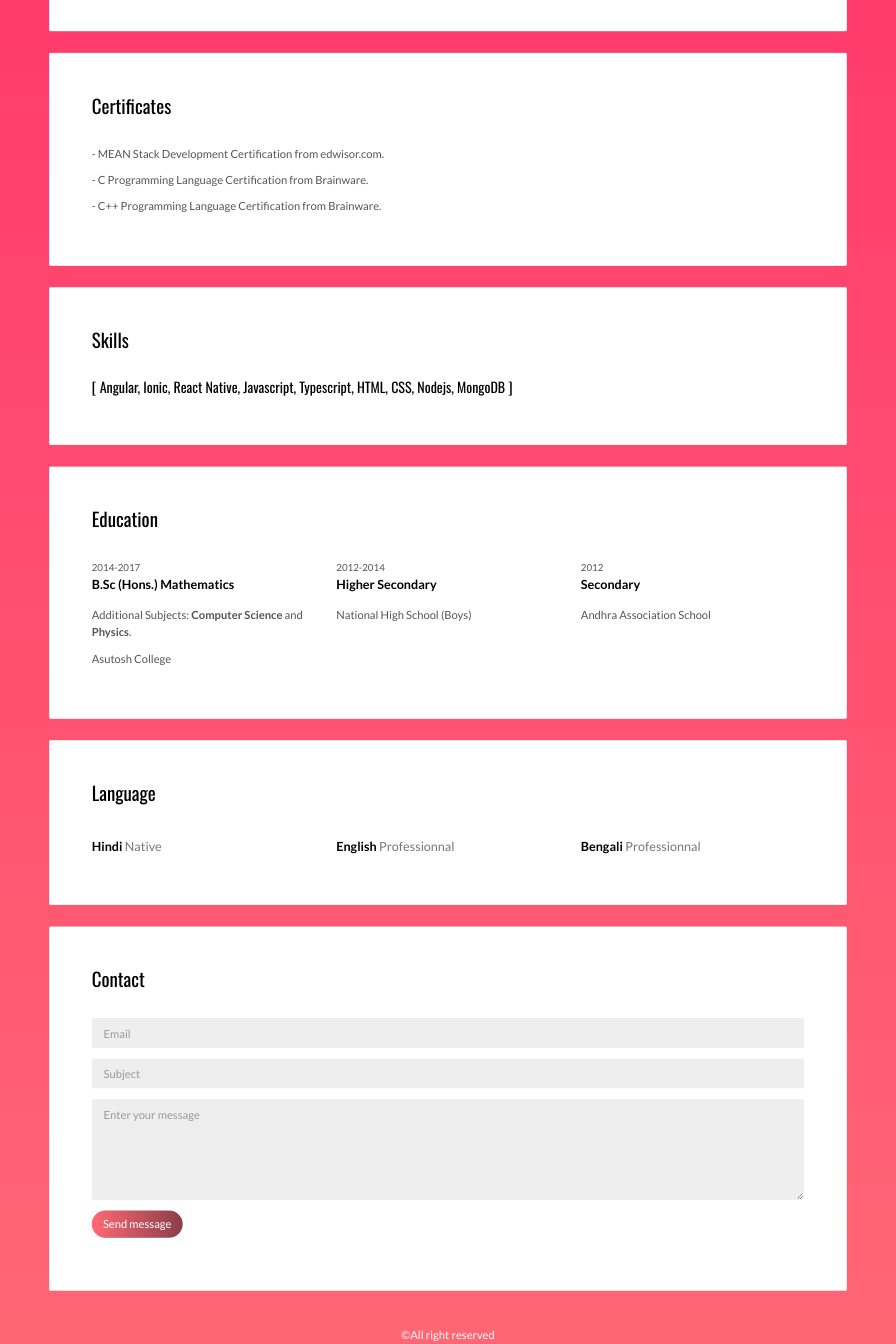
Repository: Ankit-singh7/work_with_ankit.github.io
Page: index.html
An editor plug-in stored every save of this project. The page is shown before and after the next save, followed by the edit.
The browser window is 1280 px wide. The pictures show the part of the page from y = 2613 to 4533 px (the page is 4637 px tall before and 4713 px after), at 70% of full size.

Above is the page before, as saved 2022-06-29 18:43:47.

### index.html
<!DOCTYPE html>
<html lang="en">

<head>
  <meta charset="UTF-8">
  <meta content="IE=edge" http-equiv="X-UA-Compatible">
  <meta content="width=device-width,initial-scale=1" name="viewport">
  <meta content="description" name="description">
  <meta name="google" content="notranslate" />
  <meta content="Mashup templates have been developped by Orson.io team" name="author">

  <!-- Disable tap highlight on IE -->
  <meta name="msapplication-tap-highlight" content="no">

  <link rel="apple-touch-icon" sizes="180x180" href="./assets/apple-icon-180x180.png">
  <link href="./assets/images/img.jpg" rel="icon">

  <title>@nk!t $!ngh | Software Developer</title>

 <link href="./main.d8e0d294.css" rel="stylesheet"></head>

<body class="">

<!-- Add your content of header -->
<div class="background-color-layer" style="background-image: url('assets/images/img-01.jpg')"
></div>
<main class="content-wrapper">
  <header class="white-text-container section-container">
    <div class="text-center">
      <h1>I am Ankit Singh</h1>
      <p>Software Developer</p>
      <p>
        <!-- <a class="fa-icon fa-icon-2x" href="https://facebook.com/" title="">
          <i class="fa fa-facebook"></i>
        </a> -->
        <!-- <a class="fa-icon fa-icon-2x" href="https://twitter.com/" title="">
          <i class="fa fa-twitter"></i>
        </a> -->
        <!-- <a class="fa-icon fa-icon-2x" href="https://dribbble.com/" title="">
          <i class="fa fa-dribbble"></i>
        </a> -->
        <a class="fa-icon fa-icon-2x" href="https://www.linkedin.com/in/ankit-singh-04b976165/" title="">
          <i class="fa fa-linkedin"></i>
        </a>
        <a class="fa-icon fa-icon-2x" href="https://github.com/Ankit-singh7" title="">
          <i class="fa fa-github"></i>
        </a>
        <a class="fa-icon fa-icon-2x" href="mailto:ankit.as2307@gmail.com" title="">
          <i class="fa fa-envelope"></i>
        </a>
        <!-- <a class="fa-icon fa-icon-2x" href="https://vimeo.com/" title="">
          <i class="fa fa-vimeo"></i>
        </a> -->
      </p>
    </div>
  </header>



<!-- Add your site or app content here -->

 <div class="container">
   <div class="row">
     <div class="col-xs-12">

        <div class="card">
          <div class="card-block">
            <h2>About me</h2>
            <div class="row">
              <div class="col-md-4">
                <p><img src="./assets/images/img.jpg" class="img-responsive" alt=""></p>
              </div>
              <div class="col-md-8">

              <p>Software Developer with 3+ years of experience in web apps and hybrid mobile apps development using Angular, Ionic, React , Nodejs, MongoDB etc.</p>
              <p>A technology enthusiast with a keen
                interest in problem solving with years of
                experience in Frontend Development and
                Hybrid Mobile App Development.</p>

              </div>
            </div>
          </div>
        </div>

        <!-- <div class="card">
          <div class="card-block">
            <h2>Projects</h2>
            <div class="row">
              <div class="col-md-4">
                <img src="./assets/images/img-02.jpg" class="img-responsive" alt="">
                <h3 class="h5">Amelia App</h3>
                <p>June 2017</p>
              </div>
              <div class="col-md-4">
                <img src="./assets/images/img-03.jpg" class="img-responsive" alt="">
                <h3 class="h5">Portland</h3>
                <p>March 2017</p>
              </div>
              <div class="col-md-4">
                <img src="./assets/images/img-04.jpg" class="img-responsive" alt="">
                <h3 class="h5">Denz for Nilon</h3>
                <p>Jan 2017</p>
              </div>
            </div>
          </div>
        </div> -->

        <div class="card">
          <div class="card-block">
            <h2>Projects</h2>
            <div id="carousel-example-generic" class="carousel slide" data-ride="carousel">


            <!-- Wrapper for slides -->
            <div class="carousel-inner" role="listbox">
              <div class="item active">
                <img src="./assets/images/ref.png" class="img-responsive" alt="...">
                <div class="carousel-caption">
                  <h3 class="h5">REF App (Made with Ionic)</h3>
                  <h4>Employer - Techpro Studio</h4>
                  <p>11/2020 - 03/2021</p>
                </div>
              </div>
              <div class="item">
                <img src="./assets/images/muni.png" class="img-responsive" alt="...">
                <div class="carousel-caption">
                  <h3 class="h5">Municipality App (Made with Ionic)</h3>
                  <h4>Freelancing</h4>
                  <p>08/2019 - 01/2020</p>
                </div>
              </div>
              <div class="item">
                <img src="./assets/images/engage.png" class="img-responsive" alt="...">
                <div class="carousel-caption">
                  <h3 class="h5">Engage Local (Made with Ionic)</h3>
                  <h4>Employer - Techpro Studio</h4>
                  <p>12/2019 - 05/2020</p>
                </div>
              </div>

              <div class="item">
                <img src="./assets/images/Drag.png" class="img-responsive" alt="...">
                <div class="carousel-caption">
                  <h3 class="h5">Drag & Drop Website Builder (Made with grapesjs)</h3>
                  <h4>Employer - Techpro Studio</h4>
                  <p>06/2020 - 03/2021</p>
                </div>
              </div>
              <div class="item">
                <img src="./assets/images/caters.png" class="img-responsive" alt="...">
                <div class="carousel-caption">
                  <h3 class="h5">Caters App (Made with Ionic)</h3>
                  <h4>Employer - Techpro Studio</h4>
                  <p>08/2020 - 01/2021</p>
                </div>
              </div>
            </div>

            <!-- Indicators -->
            <ol class="carousel-indicators">
              <li data-target="#carousel-example-generic" data-slide-to="0" class="active"></li>
              <li data-target="#carousel-example-generic" data-slide-to="1"></li>
              <li data-target="#carousel-example-generic" data-slide-to="2"></li>
              <li data-target="#carousel-example-generic" data-slide-to="3"></li>
              <li data-target="#carousel-example-generic" data-slide-to="4"></li>
            </ol>

          </div>
          </div>
        </div>

        <div class="card">
          <div class="card-block">
            <h2>Work</h2>
            <div class="work-experience">
              <small class="date">07/2021 - Present</small>
              <h3 class="h5 date-title">Programmer Analyst - <a href="http://en.orson.io" title="Create professionnal website">Cognizant Technology Solutions</a></h3>


              <p>- Created and apply UI requirements utilizing Angular Framework, Ionic to create various web applications and hybrid mobile applications.</p>
              <p>- Maintaining and upgrading existing web applications.</p>
              <p>- Worked closely with clients to meet project requirements.</p>
            </div>
            <div class="work-experience">
              <small class="date">08/2020 - 06/2021</small>
              <h3 class="h5 date-title">Software developer - <a href="http://en.orson.io" title="Create professionnal website">Techpro Studio</a></h3>


              <p>- Created and apply UI requirements utilizing Angular Framework, Ionic and React Native to create various web applications and hybrid mobile applications.</p>
              <p>- Maintaining and upgrading existing web applications.</p>
              <p>- Worked closely with clients to meet project requirements.</p>
            </div>

            <div class="work-experience">
              <small class="date">08/2019 - 07/2020,1</small>
              <h3 class="h5 date-title">Software developer - <a href="http://en.orson.io" title="Create professionnal website">ARC Infotech</a></h3>


              <p>- Created and apply UI requirements utilizing Angular
                   Framework, Ionic and React Native to create various web
                   applications and hybrid mobile applications.</p>
              <p>- Maintaining and upgrading existing web applications.</p>
              <p>- Worked closely with clients to meet project
                   requirements.</p>
            </div>


          </div>
        </div>
        <div class="card">
          <div class="card-block">
            <h2>Certificates</h2>
            <div class="work-experience">
              <p>- MEAN Stack Development Certification from edwisor.com.</p>
              <p>- C Programming Language Certification from Brainware.</p>
              <p>- C++ Programming Language Certification from Brainware.</p>
            </div>


          </div>
        </div>

        <div class="card">
          <div class="card-block">
            <h2>Skills</h2>
            <div class="work-experience">
              <h3>[ Angular, Ionic, React Native, Javascript, Typescript, HTML, CSS, Nodejs, MongoDB ]</h3>
            </div>


          </div>
        </div>


        <div class="card">
          <div class="card-block">
            <h2>Education</h2>
            <div class="row">
              <div class="col-md-4">
                <div class="education-experience">
                  <small class="date">2014-2017</small>
                  <h3 class="h5 date-title">B.Sc (Hons.) Mathematics</h3>
                  <p>Additional Subjects: <b>Computer Science</b> and <b>Physics</b>.</p>
                  <p>Asutosh College</p>
                </div>

              </div>
              <div class="col-md-4">
                <div class="education-experience">
                  <small class="date">2012-2014</small>
                  <h3 class="h5 date-title">Higher Secondary</h3>
                  <p>National High School (Boys)</p>
                </div>
              </div>
              <div class="col-md-4">
                <div class="education-experience">
                  <small class="date">2012</small>
                  <h3 class="h5 date-title">Secondary</h3>
                  <p>Andhra Association School</p>
                </div>
              </div>
            </div>
          </div>
        </div>

        <div class="card">
          <div class="card-block">
            <h2>Language</h2>
            <div class="row">
              <div class="col-md-4">
                <div class="language-experience">
                  <h3 class="h5">Hindi  <small>Native</small></h3>
                </div>
              </div>
              <div class="col-md-4">
                <div class="language-experience">
                  <h3 class="h5">English  <small>Professionnal</small></h3>
                </div>
              </div>
              <div class="col-md-4">
                <div class="language-experience">
                  <h3 class="h5">Bengali  <small>Professionnal</small></h3>
                </div>
              </div>
            </div>
          </div>
        </div>


        <div class="card">
          <div class="card-block">
            <h2>Contact</h2>
            <form action="" class="reveal-content">
              <div class="form-group">
                <input type="email" class="form-control" id="email" placeholder="Email">
              </div>
              <div class="form-group">
                <input type="text" class="form-control" id="subject" placeholder="Subject">
              </div>
              <div class="form-group">
                <textarea class="form-control" rows="5" placeholder="Enter your message"></textarea>
              </div>
              <div class="form-group">
                <button type="submit" class=" btn btn-primary">Send message</button>
              </div>
            </form>
          </div>
        </div>

     </div>
   </div>
 </div>

</main>
<footer class="footer-container white-text-container text-center">
  <div class="container">
    <div class="row">
      <div class="col-xs-12">
        <!-- <p><img src="./assets/images/mashup-icon.svg" alt=""></p> -->

        <p>©All right reserved</p>
        <p>
          <a class="fa-icon fa-icon-2x" href="https://www.linkedin.com/in/ankit-singh-04b976165/" title="">
            <i class="fa fa-linkedin"></i>
          </a>
          <a class="fa-icon fa-icon-2x" href="https://github.com/Ankit-singh7" title="">
            <i class="fa fa-github"></i>
          </a>
          <a class="fa-icon fa-icon-2x" href="mailto:ankit.as2307@gmail.com" title="">
            <i class="fa fa-envelope"></i>
          </a>
        </p>
      </div>
    </div>
  </div>
</footer>

<script>
  document.addEventListener("DOMContentLoaded", function (event) {
     scrollRevelation('.card');
  });
</script>
<!-- Google Analytics: change UA-XXXXX-X to be your site's ID

<script>
  (function (i, s, o, g, r, a, m) {
    i['GoogleAnalyticsObject'] = r; i[r] = i[r] || function () {
      (i[r].q = i[r].q || []).push(arguments)
    }, i[r].l = 1 * new Date(); a = s.createElement(o),
      m = s.getElementsByTagName(o)[0]; a.async = 1; a.src = g; m.parentNode.insertBefore(a, m)
  })(window, document, 'script', '//www.google-analytics.com/analytics.js', 'ga');
  ga('create', 'UA-XXXXX-X', 'auto');
  ga('send', 'pageview');
</script>

--><script type="text/javascript" src="./main.bc58148c.js"></script></body>

</html>

Loaded but not shown: main.d8e0d294.css (library); main.bc58148c.js (library)

After the next save:
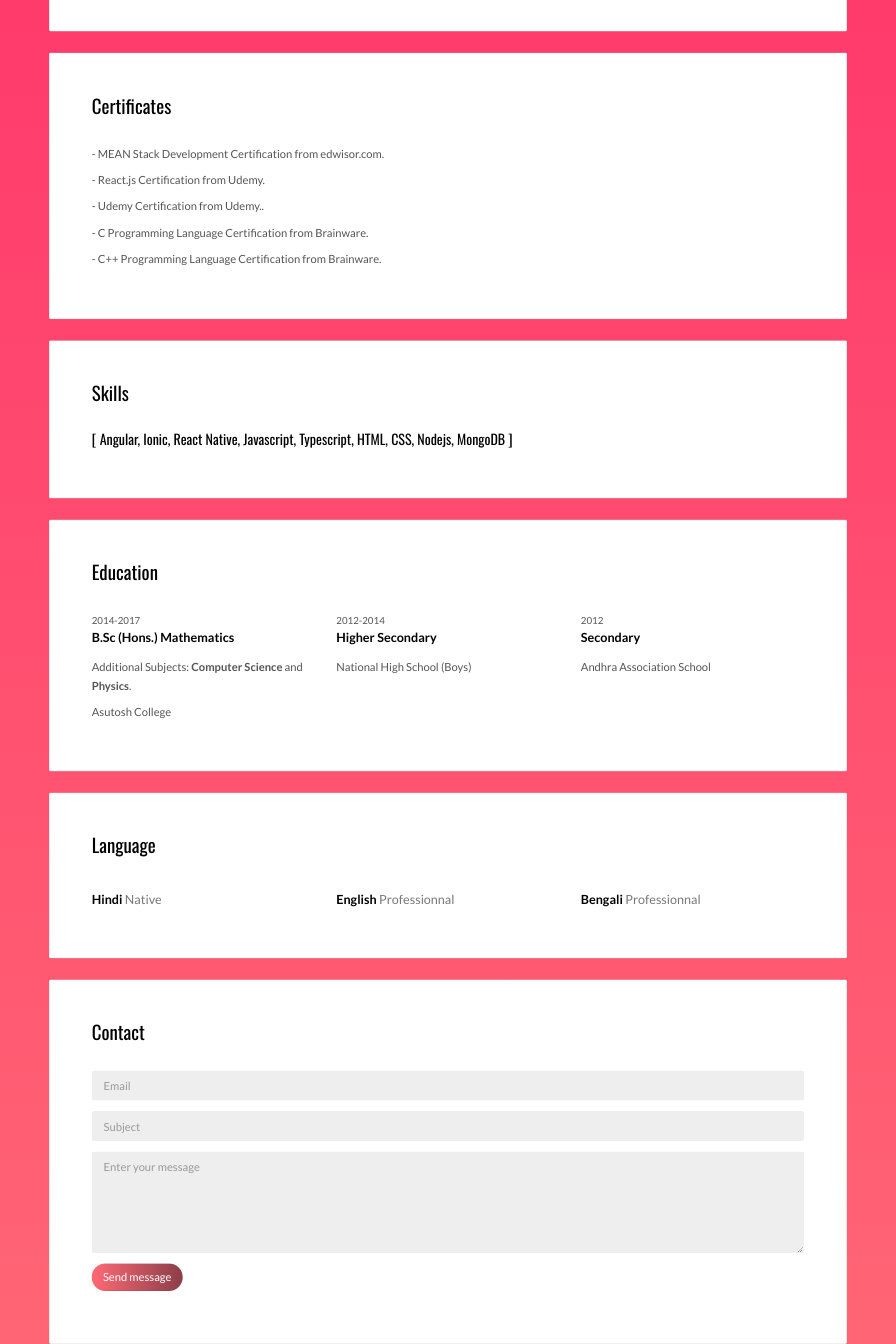
Saved 51 s later.
--- a/index.html
+++ b/index.html
@@ -213,6 +213,8 @@
             <h2>Certificates</h2>
             <div class="work-experience">
               <p>- MEAN Stack Development Certification from edwisor.com.</p>
+              <p>- React.js Certification from Udemy.</p>
+              <p>- Udemy Certification from Udemy..</p>
               <p>- C Programming Language Certification from Brainware.</p>
               <p>- C++ Programming Language Certification from Brainware.</p>
             </div>
